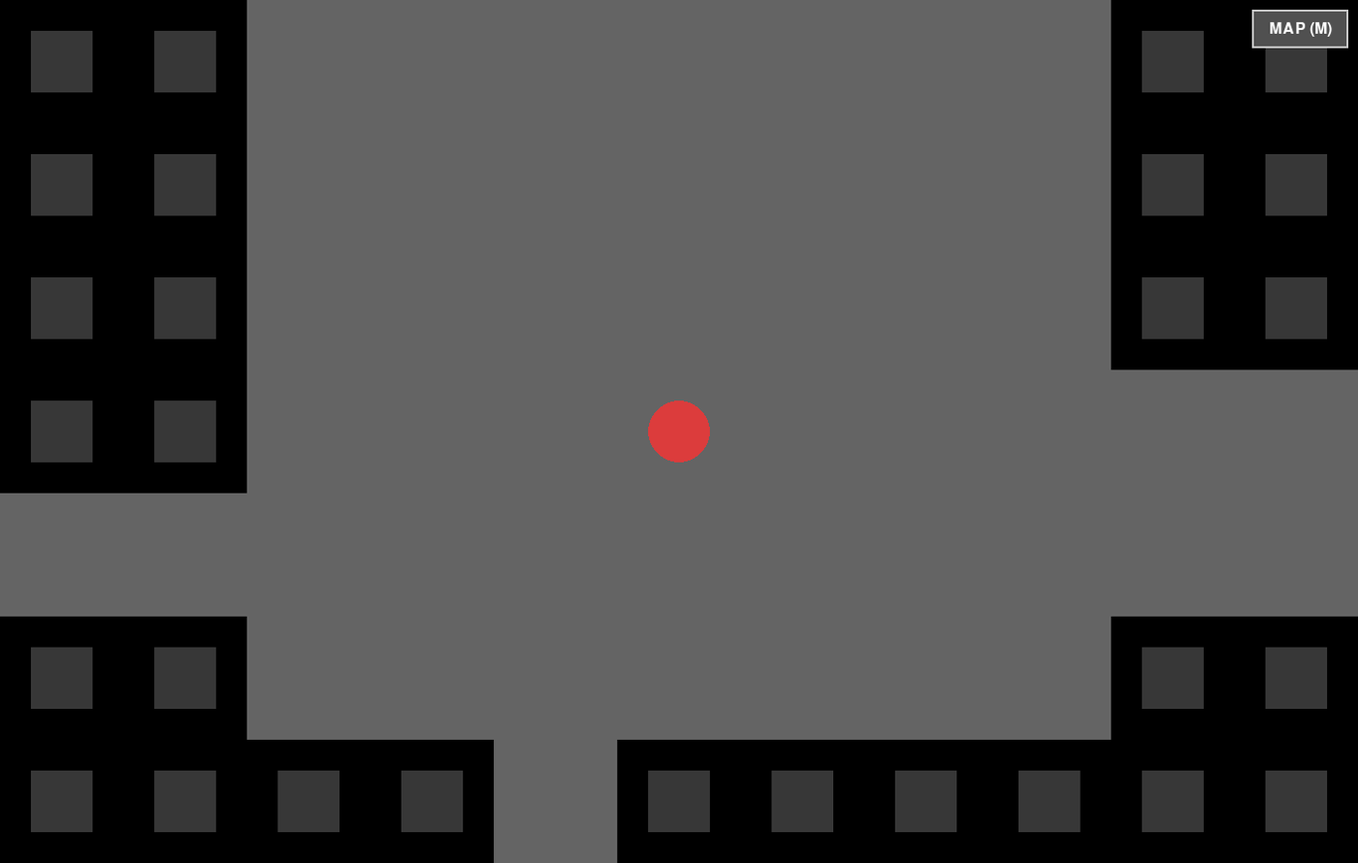
Repository: Nakib-Arman/Game-Jam-2026
Script's output: python main.py
The author's editor kept a copy of each file at every save. The script's output is drawn from the files as they stood at one save, then again after the next save.
The pictures are shown at 97% of full size.
Figures wider than 1,400 px are first shrunk to that width. The window is shown after at most 60 frames with no key pressed. Random numbers start from a fixed seed.

Above is the script's output before, as saved 2026-01-24 21:52:54.

After the next save:
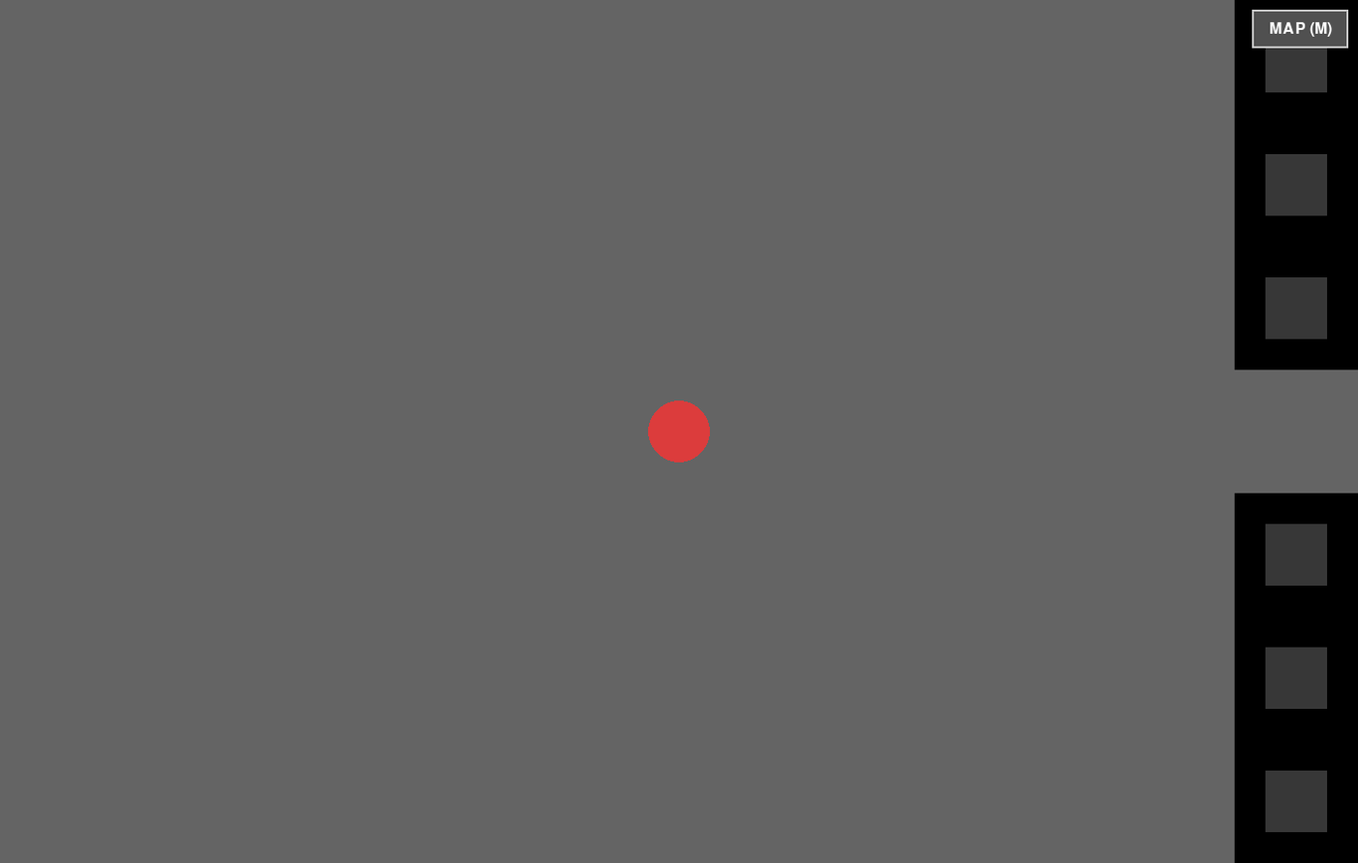
Saved 114 s later.
--- a/cave.py
+++ b/cave.py
@@ -6,21 +6,22 @@
 EXIT = 2
 
 
-def generate_cave(rows, cols,
-                  room_attempts=40,
-                  min_room_size=5,
-                  max_room_size=10):
+def generate_cave(rows, cols):
 
     cave = [[WALL for _ in range(cols)] for _ in range(rows)]
     rooms = []
 
-    # ----------------------
-    # Helpers
-    # ----------------------
+    # --------------------------------------------------
+    # BASIC HELPERS
+    # --------------------------------------------------
+    def carve(x, y):
+        if 0 <= x < cols and 0 <= y < rows:
+            cave[y][x] = FLOOR
+
     def carve_room(x, y, w, h):
         for iy in range(y, y + h):
             for ix in range(x, x + w):
-                cave[iy][ix] = FLOOR
+                carve(ix, iy)
 
     def intersects(r1, r2):
         x1, y1, w1, h1 = r1
@@ -36,70 +37,99 @@
         x, y, w, h = room
         return (x + w // 2, y + h // 2)
 
-    # ----------------------
-    # Generate rooms
-    # ----------------------
-    for _ in range(room_attempts):
-        w = random.randint(min_room_size, max_room_size)
-        h = random.randint(min_room_size, max_room_size)
-        x = random.randint(1, cols - w - 2)
-        y = random.randint(1, rows - h - 2)
+    # --------------------------------------------------
+    # 1️⃣ BIG ROOMS (FEWER)
+    # --------------------------------------------------
+    for _ in range(15):
+        w = random.randint(6, 10)
+        h = random.randint(6, 10)
+        x = random.randint(2, cols - w - 3)
+        y = random.randint(2, rows - h - 3)
 
         new_room = (x, y, w, h)
-
         if any(intersects(new_room, r) for r in rooms):
             continue
 
         carve_room(x, y, w, h)
         rooms.append(new_room)
 
-    if not rooms:
-        return cave, (1, 1)
+    # --------------------------------------------------
+    # 2️⃣ SMALL MICRO ROOMS (LOTS)
+    # --------------------------------------------------
+    for _ in range(40):
+        w = random.randint(2, 4)
+        h = random.randint(2, 4)
+        x = random.randint(1, cols - w - 2)
+        y = random.randint(1, rows - h - 2)
 
-    # ----------------------
-    # Connect rooms
-    # ----------------------
-    for i in range(1, len(rooms)):
-        x1, y1 = center(rooms[i - 1])
-        x2, y2 = center(rooms[i])
+        carve_room(x, y, w, h)
 
-        if random.choice([True, False]):
-            for x in range(min(x1, x2), max(x1, x2) + 1):
-                cave[y1][x] = FLOOR
-            for y in range(min(y1, y2), max(y1, y2) + 1):
-                cave[y][x2] = FLOOR
-        else:
-            for y in range(min(y1, y2), max(y1, y2) + 1):
-                cave[y][x1] = FLOOR
-            for x in range(min(x1, x2), max(x1, x2) + 1):
-                cave[y2][x] = FLOOR
+    # --------------------------------------------------
+    # 3️⃣ CONNECT ROOMS (MULTIPLE LOOPS)
+    # --------------------------------------------------
+    for i in range(len(rooms)):
+        x1, y1 = center(rooms[i])
+        x2, y2 = center(random.choice(rooms))
 
-    # ----------------------
-    # Spawn & exit
-    # ----------------------
-    spawn_x, spawn_y = center(rooms[0])
+        for x in range(min(x1, x2), max(x1, x2) + 1):
+            carve(x, y1)
+        for y in range(min(y1, y2), max(y1, y2) + 1):
+            carve(x2, y)
+
+    # --------------------------------------------------
+    # 4️⃣ DRUNK WALK TUNNELS (NOISE)
+    # --------------------------------------------------
+    for _ in range(200):
+        x = random.randint(1, cols - 2)
+        y = random.randint(1, rows - 2)
+
+        for _ in range(random.randint(10, 30)):
+            carve(x, y)
+            dx, dy = random.choice([(0,1),(1,0),(0,-1),(-1,0)])
+            x = max(1, min(cols - 2, x + dx))
+            y = max(1, min(rows - 2, y + dy))
+
+    # --------------------------------------------------
+    # 5️⃣ CELLULAR AUTOMATA SMOOTHING
+    # --------------------------------------------------
+    for _ in range(4):
+        new_map = [[cave[y][x] for x in range(cols)] for y in range(rows)]
+        for y in range(1, rows - 1):
+            for x in range(1, cols - 1):
+                walls = 0
+                for dx, dy in [(-1,0),(1,0),(0,-1),(0,1)]:
+                    if cave[y+dy][x+dx] == WALL:
+                        walls += 1
+                if walls <= 1:
+                    new_map[y][x] = FLOOR
+        cave = new_map
+
+    # --------------------------------------------------
+    # 6️⃣ SPAWN & EXIT
+    # --------------------------------------------------
+    spawn_x, spawn_y = center(random.choice(rooms))
     exit_x, exit_y = find_farthest_cell(cave, spawn_x, spawn_y)
     cave[exit_y][exit_x] = EXIT
 
     return cave, (spawn_x, spawn_y)
 
 
-def find_farthest_cell(cave, start_x, start_y):
+def find_farthest_cell(cave, sx, sy):
     rows, cols = len(cave), len(cave[0])
-    dist = [[-1] * cols for _ in range(rows)]
-    queue = deque([(start_x, start_y)])
-    dist[start_y][start_x] = 0
+    dist = [[-1]*cols for _ in range(rows)]
+    q = deque([(sx, sy)])
+    dist[sy][sx] = 0
 
-    farthest = (start_x, start_y)
+    farthest = (sx, sy)
 
-    while queue:
-        x, y = queue.popleft()
-        for dx, dy in [(0, -1), (1, 0), (0, 1), (-1, 0)]:
+    while q:
+        x, y = q.popleft()
+        for dx, dy in [(0,1),(1,0),(0,-1),(-1,0)]:
             nx, ny = x + dx, y + dy
             if 0 <= nx < cols and 0 <= ny < rows:
                 if cave[ny][nx] != WALL and dist[ny][nx] == -1:
                     dist[ny][nx] = dist[y][x] + 1
-                    queue.append((nx, ny))
+                    q.append((nx, ny))
                     farthest = (nx, ny)
 
     return farthest
